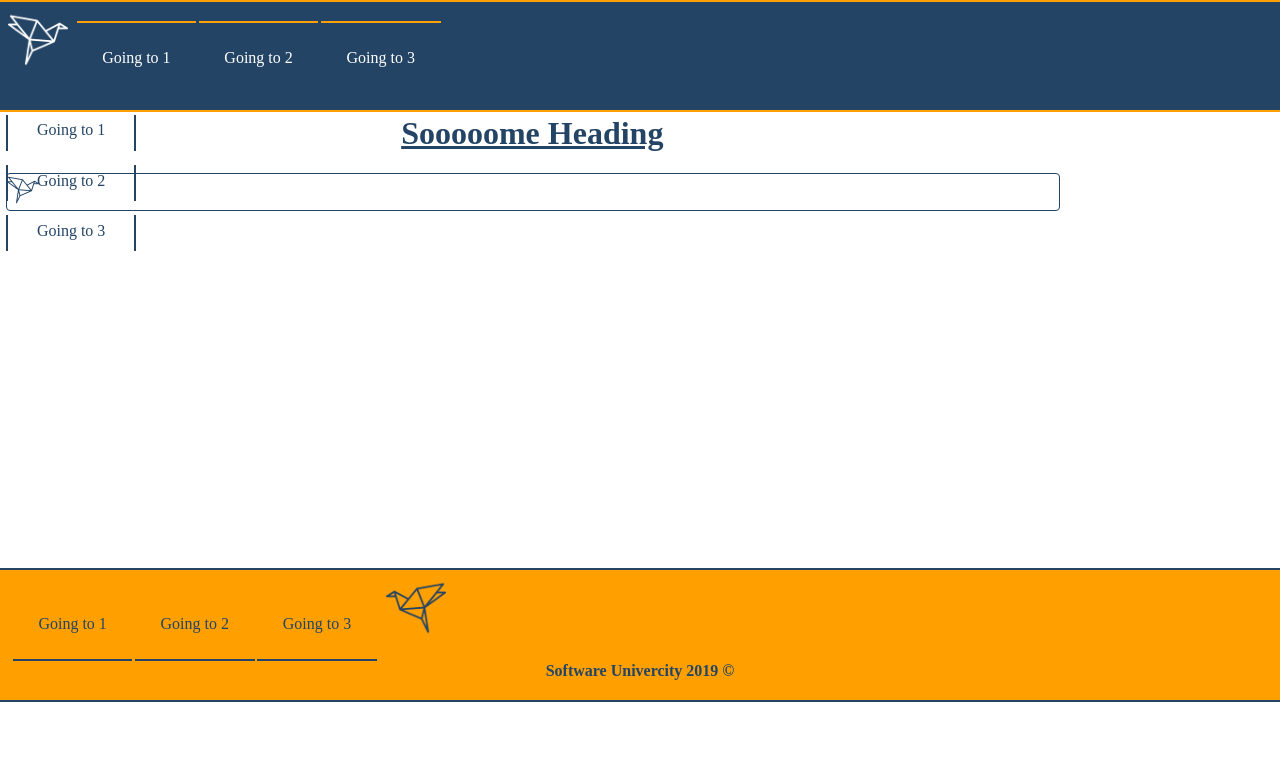
Repository: vsterev/origami
Page: /
These files come from the project's save history. The page is drawn as it stood at one moment and after the next save; the edit follows.
The browser window is 1280 px wide. The pictures show the whole page.
The project was rebuilt for these pictures with package versions that can differ from the ones it lists, and the page was loaded fresh each time.

Above is the page before, as saved 2020-07-12 16:48:11.

After the next save:
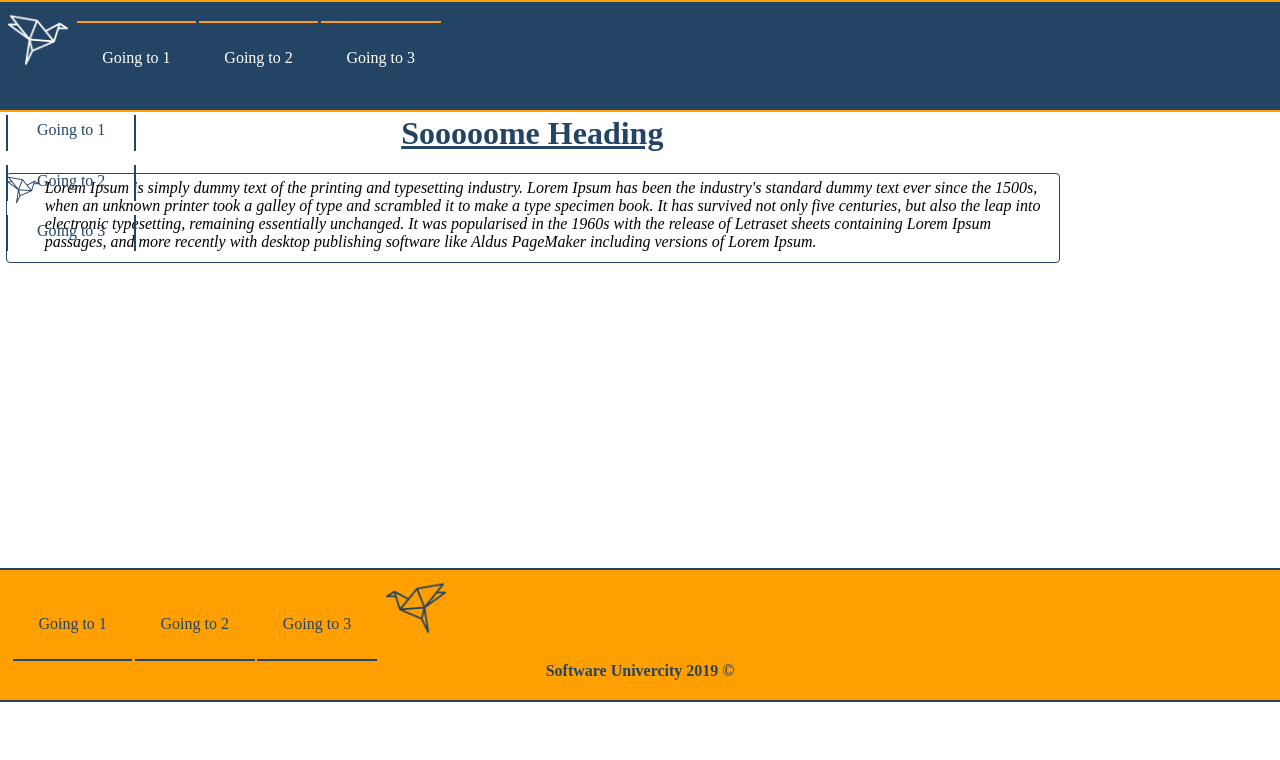
Saved 3 min 25 s later.
--- a/src/components/post/index.js
+++ b/src/components/post/index.js
@@ -4,7 +4,9 @@
     return (
         <div className="Post">
             <img src="blue-origami-bird.png" alt="origami" />
-
+            <p className="description">
+            Lorem Ipsum is simply dummy text of the printing and typesetting industry. Lorem Ipsum has been the industry's standard dummy text ever since the 1500s, when an unknown printer took a galley of type and scrambled it to make a type specimen book. It has survived not only five centuries, but also the leap into electronic typesetting, remaining essentially unchanged. It was popularised in the 1960s with the release of Letraset sheets containing Lorem Ipsum passages, and more recently with desktop publishing software like Aldus PageMaker including versions of Lorem Ipsum.
+            </p>
         </div>
     )
 }
